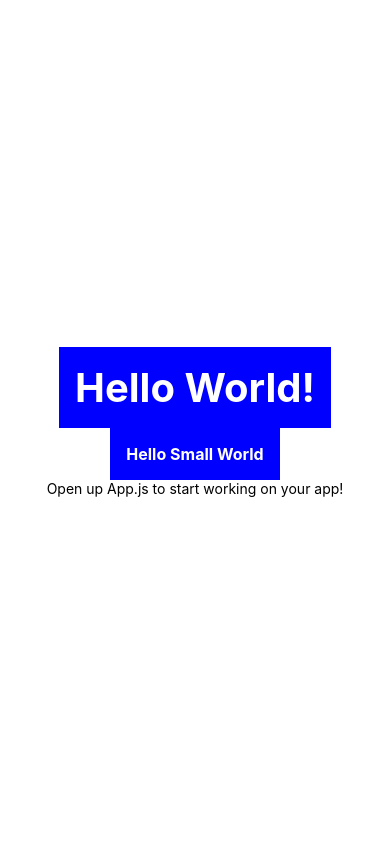
Repository: hirano-step/MemoApp
Screen: /
These files come from the project's save history. The screen is drawn as it stood at one moment and after a run of saves; the edit follows.
The app was drawn by React Native's web renderer in a window 390 px wide. The project was rebuilt for these pictures with package versions that can differ from the ones it lists, and the page was loaded fresh each time.

Above is the screen before, as saved 2023-01-10 18:31:02.

After the next 2 saves:
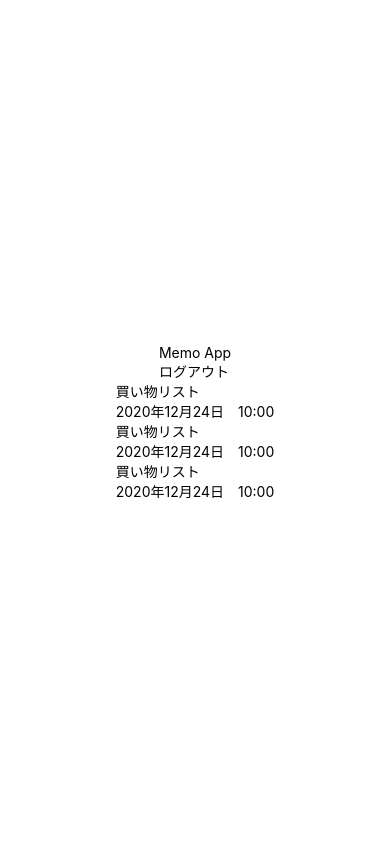
The 2 saves are shown as one change because 1 did not build or start.
The last was saved 40 h 27 min later.
--- a/App.jsx
+++ b/App.jsx
@@ -6,11 +6,36 @@ import Hello from './src/components/Hello';
 export default function App() {
   return (
     <View style={styles.container}>
-      <Hello bang>World</Hello>
-      <Hello style={{ fontSize: 16 }}>Small World</Hello>
-      <Text>Open up App.js to start working on your app!</Text>
-      {/* eslint-disable-next-line */}
-      <StatusBar style="auto" />
+      <View>
+        <View>
+          <Text>Memo App</Text>
+          <Text>ログアウト</Text>
+        </View>
+      </View>
+
+      <View>
+        <View>
+          <View>
+            <Text>買い物リスト</Text>
+            <Text>2020年12月24日　10:00</Text>
+          </View>
+        </View>
+
+        <View>
+          <View>
+            <Text>買い物リスト</Text>
+            <Text>2020年12月24日　10:00</Text>
+          </View>
+        </View>
+
+        <View>
+          <View>
+            <Text>買い物リスト</Text>
+            <Text>2020年12月24日　10:00</Text>
+          </View>
+        </View>
+      </View>
+
     </View>
   );
 }
